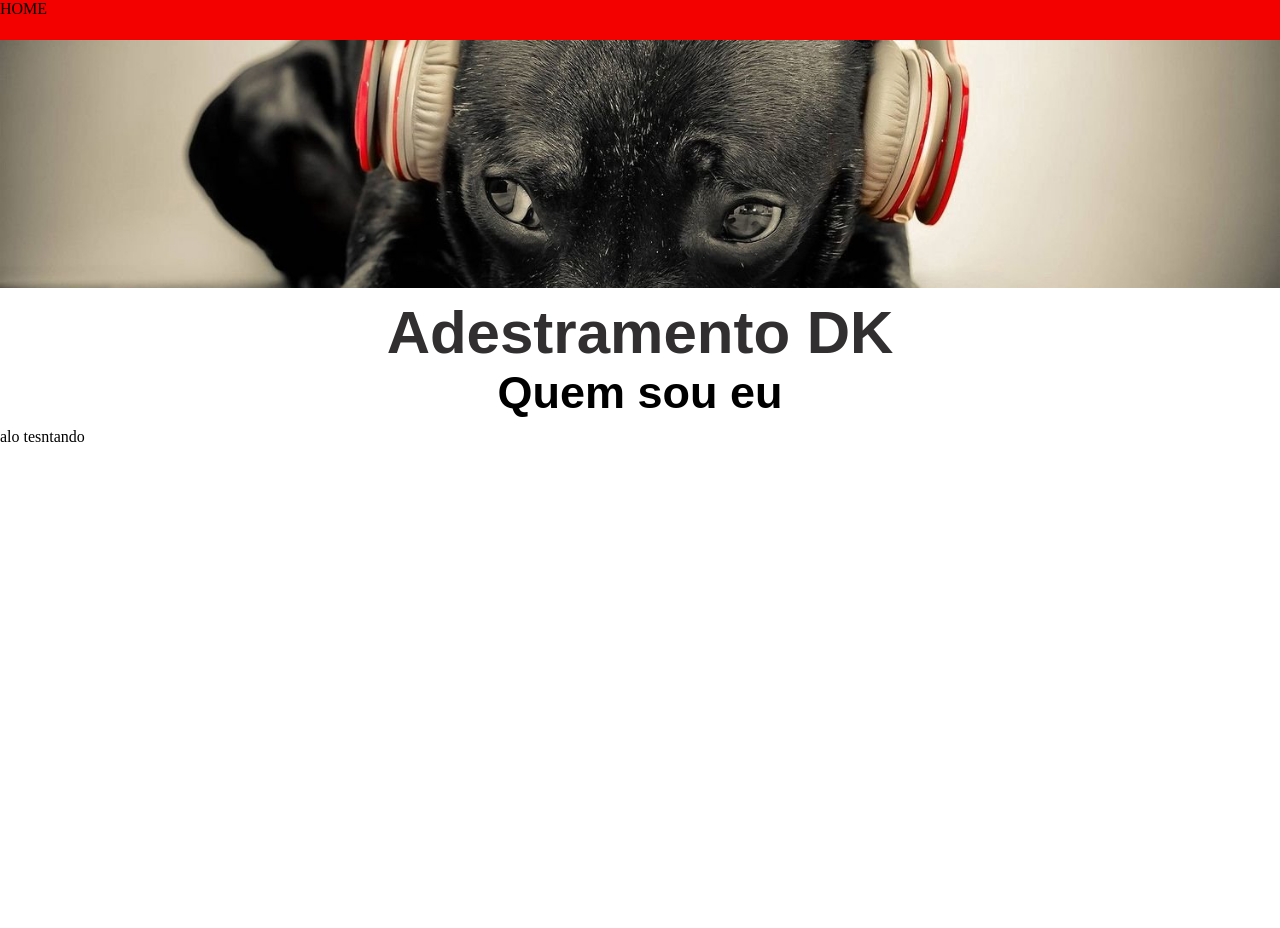
Repository: KevynMarques/Blog-React-StyledComponent
Page: /
The author's editor kept a copy of each file at every save. The page is drawn from the files as they stood at one save, then again after a run of saves.
The browser window is 1280 px wide. The pictures show the whole page.
The project was rebuilt for these pictures with package versions that can differ from the ones it lists, and the page was loaded fresh each time.

Above is the page before, as saved 2022-01-28 13:01:42.

After the next 5 saves:
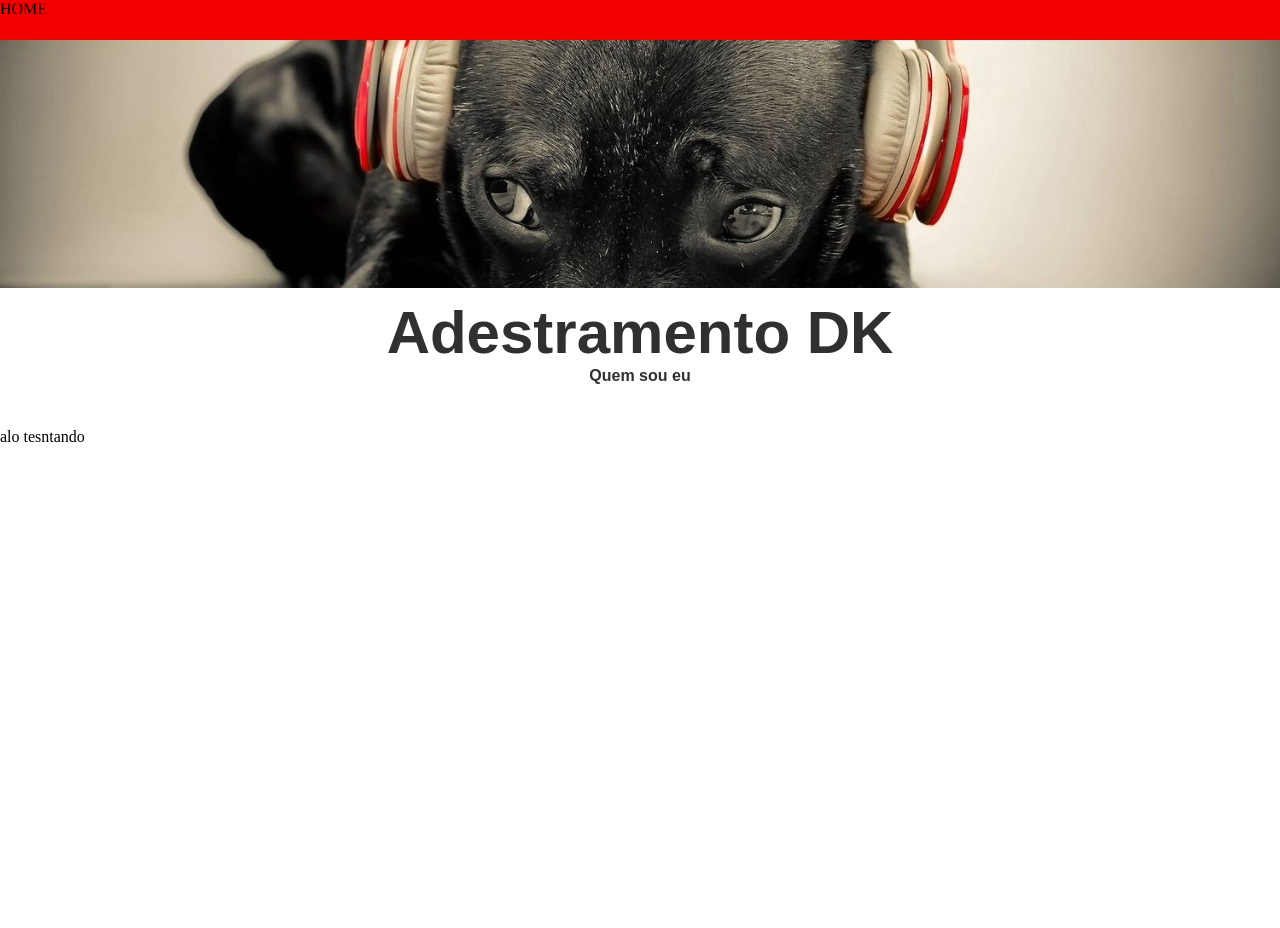
The 5 saves are shown as one change because they came seconds apart.
The last was saved 16 s later.
--- a/src/Components/Sobre/style.jsx
+++ b/src/Components/Sobre/style.jsx
@@ -11,7 +11,7 @@ height: 40px;
 margin-top: 10px;
 
       h2 {
-      color: black ;
+      font-size:16px ;
       }
 `;
 
